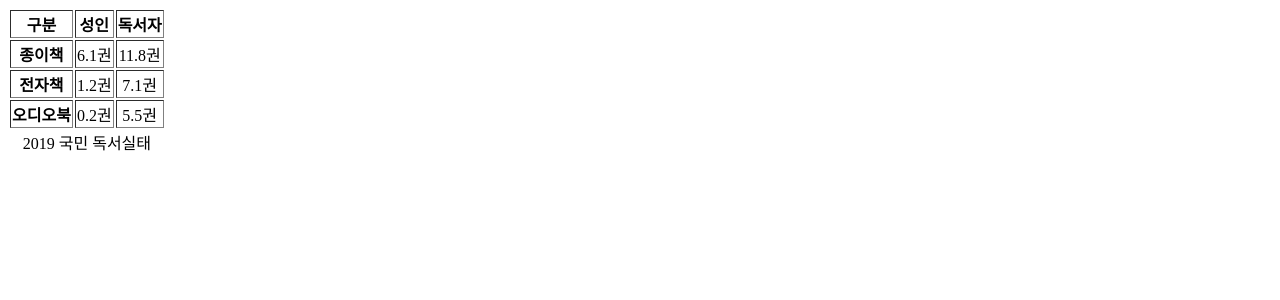
Repository: Kebiskim/2023_WebStudy
Page: 01_css/src/main/webapp/day01/Ex10_test2.html
The author's editor kept a copy of each file at every save. The page is drawn from the files as they stood at one save, then again after the next save.
The browser window is 1280 px wide. The pictures show the whole page.

Above is the page before, as saved 2023-06-23 05:32:33.

### 01_css/src/main/webapp/day01/Ex10_test2.html
<!DOCTYPE html>
<html>
<head>
<meta charset="UTF-8">
<title>Reading</title>
<style>
	table{
		border-width: 0px;
	}
	th, td{
		text-align: center;
	}

	.cap-bottom{
		caption-side: bottom;
	}
</style>
</head>
<body>
<table border="1">
    <caption class="cap-bottom">2019 국민 독서실태</caption>
    <thead>
      <tr>
        <th>구분</th>
        <th>성인</th>
        <th>독서자</th>
      </tr>
    </thead>
    <tbody>
      <tr>
        <th>종이책</th>
        <td>6.1권</td>
        <td>11.8권</td>
      </tr>
      <tr>
        <th>전자책</th>
        <td>1.2권</td>
        <td>7.1권</td>
      </tr>
      <tr>
        <th>오디오북</th>
        <td>0.2권</td>
        <td>5.5권</td>
      </tr>
    </tbody>
  </table>
</body>
</html>

After the next save:
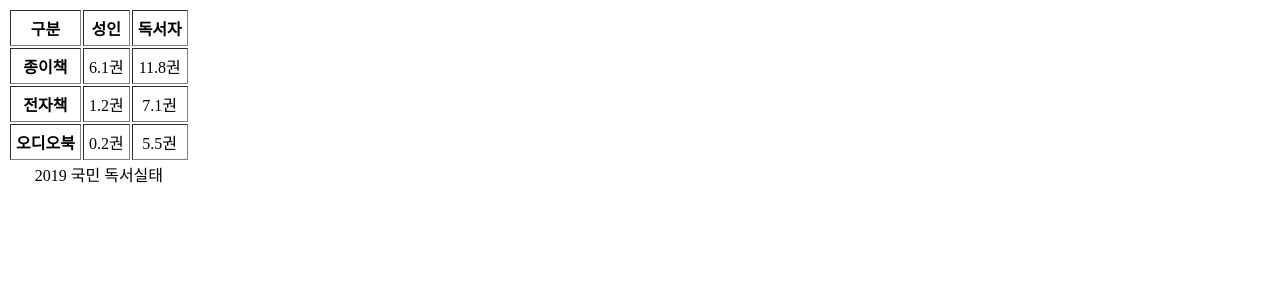
Saved 35 s later.
--- a/01_css/src/main/webapp/day01/Ex10_test2.html
+++ b/01_css/src/main/webapp/day01/Ex10_test2.html
@@ -9,6 +9,8 @@
 	}
 	th, td{
 		text-align: center;
+		/* border-spacing:10px; */
+		padding:5px;
 	}
 
 	.cap-bottom{
